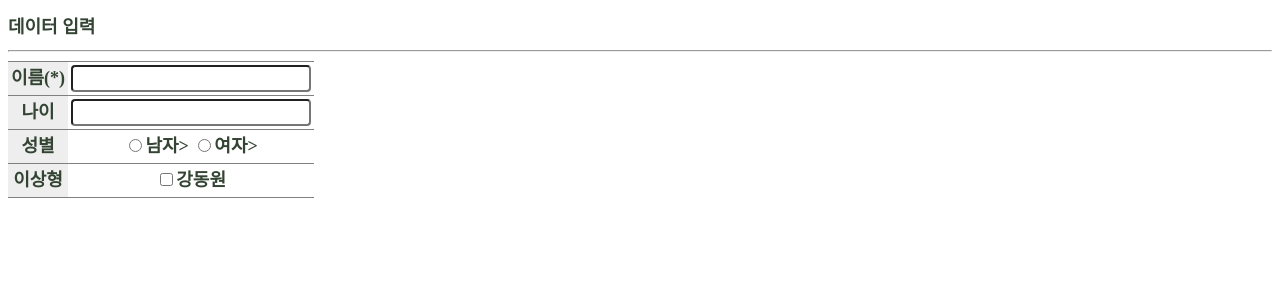
Repository: hyyrim/WebStudy
Page: http://localhost/WebApp18/Friend.jsp
The author's editor kept a copy of each file at every save. The page is drawn from the files as they stood at one save, then again after the next save.
The browser window is 1280 px wide. The pictures show the whole page.
The page is served by Tomcat 9. Other server files are loaded and not shown.

Above is the page before, as saved 2021-05-20 06:41:31.

### WebApp18/WebContent/Friend.jsp
<%@ page contentType="text/html; charset=UTF-8"%>
<!DOCTYPE html>
<html>
<head>
<meta charset="UTF-8">
<title>Friend.jsp</title>
<link rel="stylesheet" type="text/css" href="css/default.css">

</head>
<body>

<div>
	<h1>데이터 입력</h1>
	<hr>
</div>

<div>
	<form action="Friend_ok.jsp" method="post" name="myForm">
		<table class="table">
			<tr>
				<th>이름(*)</th>
				<td>
					<input type="text">
				</td>
			</tr>
			<tr>
				<th>나이</th>
				<td>
					<input type="text">
				</td>
			</tr>
			<tr>
				<th>성별</th>
				<td>
					<label>
						<input type="radio" value="남자">남자>
					</label>
					<label>
						<input type="radio" value="여자">여자>
					</label>
				</td>
			</tr>
			<tr>
				<th>이상형</th>
				<td>
					<label>
						<input type="checkbox" value="강동원">강동원
					</label>
				</td>
			</tr>
		</table>
	</form>
</div>


</body>
</html>

### WebApp18/WebContent/css/default.css
@charset "UTF-8";

*
{
	font-size: 18px;
	color: #343;
	font-family: 맑은 고딕;
	font-weight: bold;
}

input
{
	border-radius: 4px;
}

button:hover
{
	color: orange;
}

.table
{
	border-collapse: collapse;
}

.table th, .table td
{
	border: 1px solid gray;
	border-left: 0px;
	border-right: 0px;

	padding: 3px;
	line-height: 150%;
	text-align: center;
}

.table th
{
	font-weight: bold;
	background-color: #EEE;
}

.btn01
{
	font-size: 10px;
	color: blue;
	width: 45px;
	height: 30px;
}

.btn02
{
	font-size: 10px;
	color: gray;
	width: 45px;
	height: 30px;
}

.btn02:hover
{
	color: gray;
}

.errMsg
{
	font-size: small;
	color: red;
	display: none;
}

.numTh
{
	width: 50px;
}

.nameTh
{
	width: 100px;
}

.telTh
{
	width: 150px;
}

.manageTh
{
	width: 200px;
}

.txtScore
{
	width: 100px;
	text-align: right;
}

After the next save:
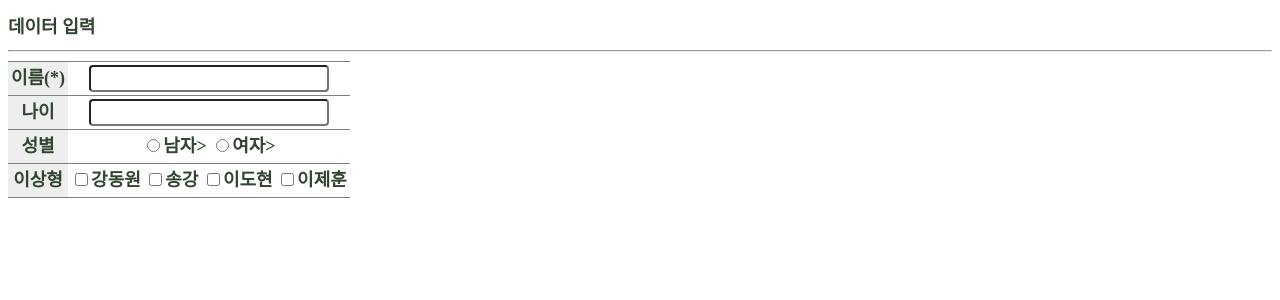
Saved 80 s later.
--- a/WebApp18/WebContent/Friend.jsp
+++ b/WebApp18/WebContent/Friend.jsp
@@ -46,6 +46,15 @@
 					<label>
 						<input type="checkbox" value="강동원">강동원
 					</label>
+					<label>
+						<input type="checkbox" value="송강">송강
+					</label>
+					<label>
+						<input type="checkbox" value="이도현">이도현
+					</label>
+					<label>
+						<input type="checkbox" value=이제훈>이제훈
+					</label>
 				</td>
 			</tr>
 		</table>
